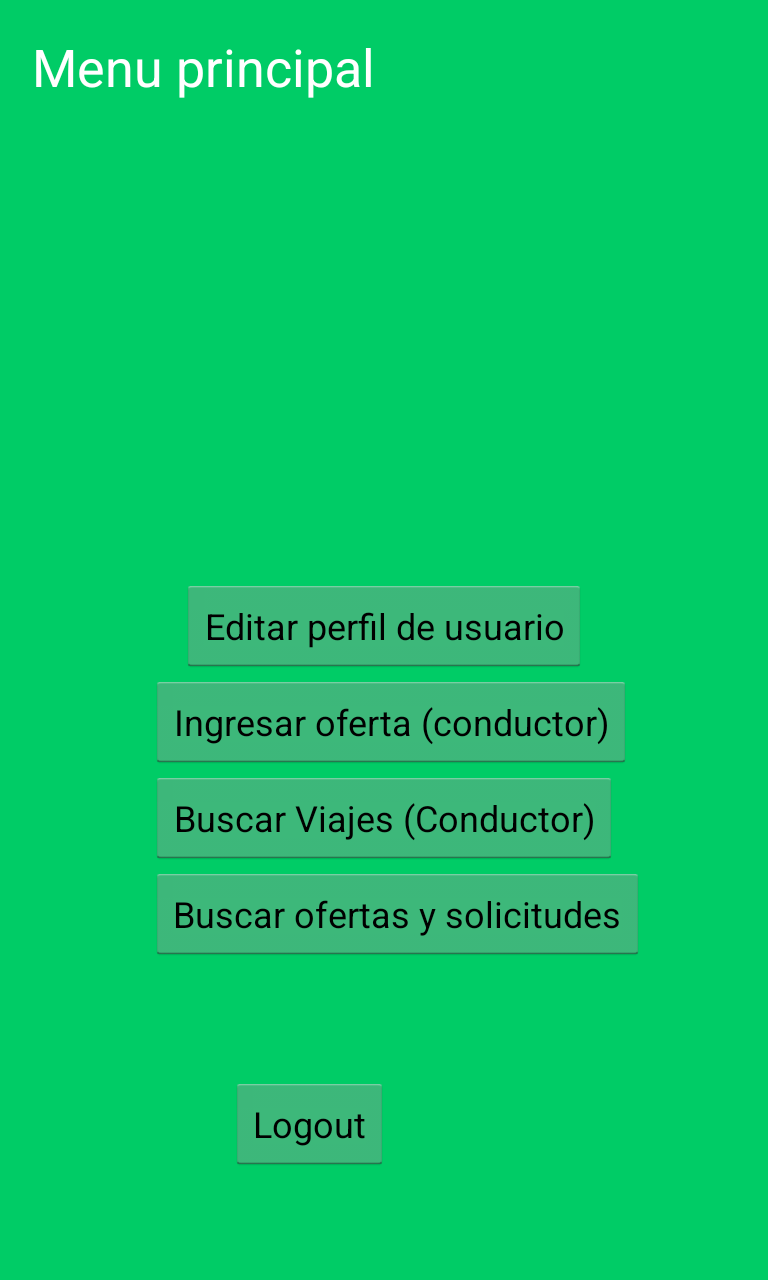
Repository: fmora/ProyectoMultimedios
Layout: MainActivity/MainActivity/res/layout/menu_principal.xml
The author's editor kept a copy of each file at every save. The layout is drawn from the files as they stood at one save, then again after the next save.
It is drawn on a 768 x 1280 px phone screen (xhdpi) without system bars, with theme AppTheme; the app's code is not run.

Above is the layout before, as saved 2013-12-20 23:22:40.

After the next save:
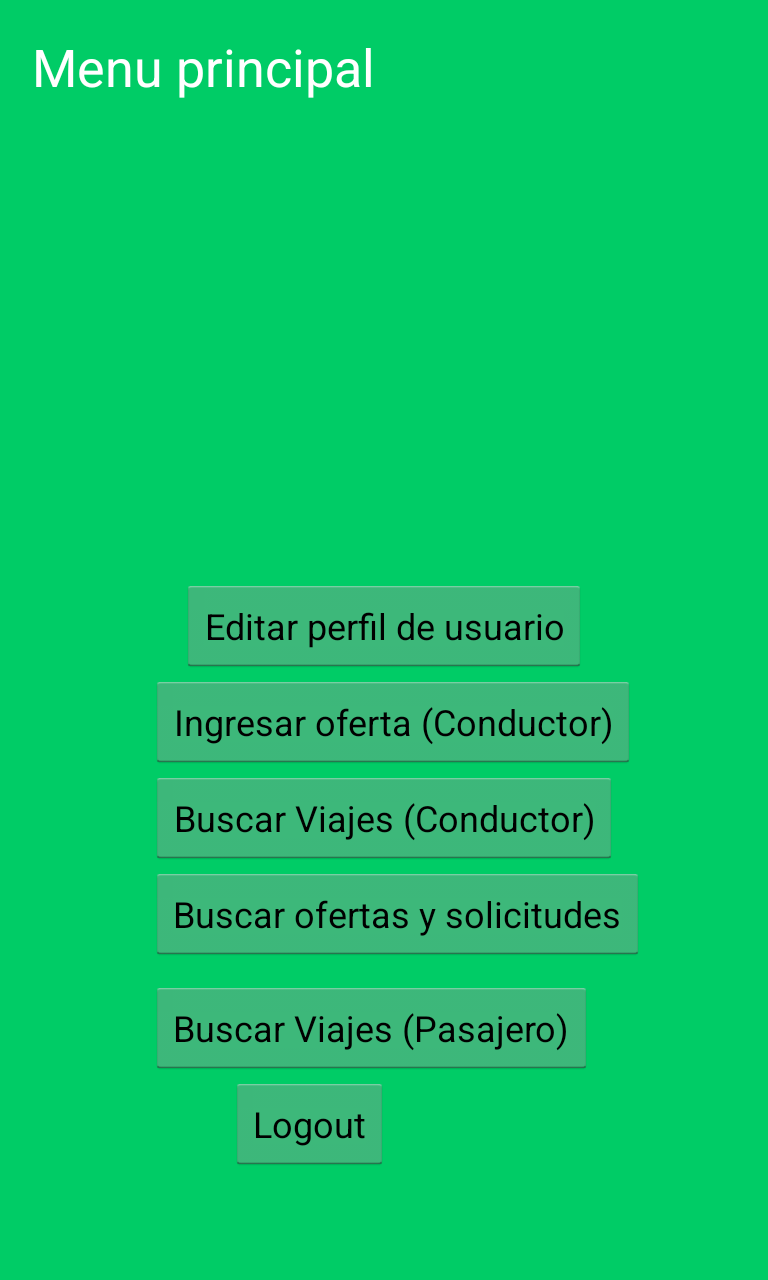
Saved 112 s later.
--- a/MainActivity/MainActivity/res/layout/menu_principal.xml
+++ b/MainActivity/MainActivity/res/layout/menu_principal.xml
@@ -53,7 +53,7 @@
 		    android:layout_height="wrap_content"
 		    android:layout_above="@+id/button3"
 		    android:layout_alignLeft="@+id/button3"
-		    android:text="Ingresar oferta (conductor)" />
+		    android:text="Ingresar oferta (Conductor)" />
 
 		<Button
 		    android:id="@+id/widget68"
@@ -63,4 +63,12 @@
 		    android:layout_centerHorizontal="true"
 		    android:text="Editar perfil de usuario" />
 
+		<Button
+		    android:id="@+id/button4"
+		    android:layout_width="wrap_content"
+		    android:layout_height="wrap_content"
+		    android:layout_above="@+id/widget69"
+		    android:layout_alignLeft="@+id/button3"
+		    android:text="Buscar Viajes (Pasajero)" />
+
 </RelativeLayout>
